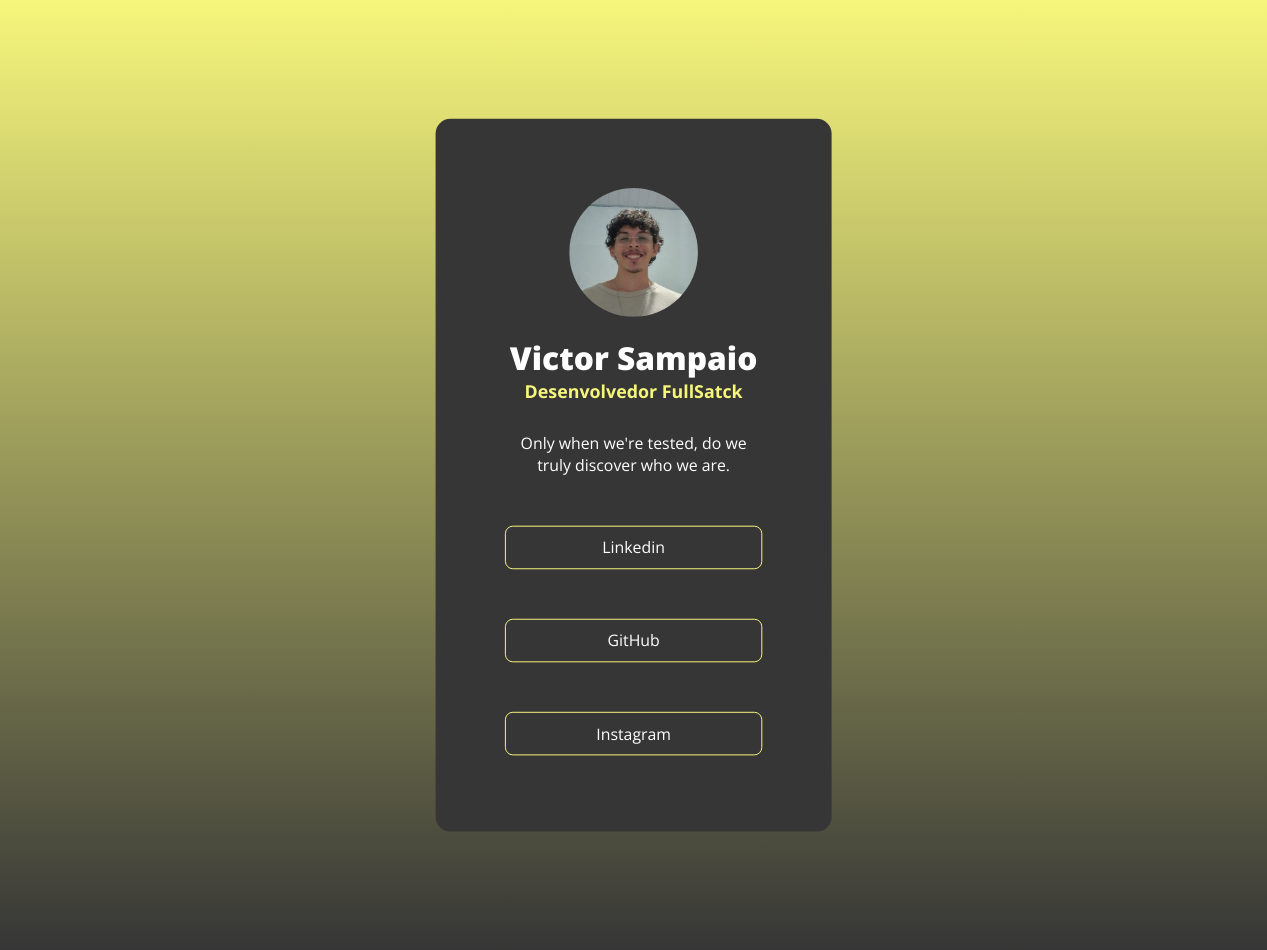
Repository: VictorSampaioDev/linkthree-gt9
Page: index.html
These files come from the project's save history. The page is drawn as it stood at one moment and after the next save; the edit follows.
The browser window is 1280 px wide. The pictures show the whole page, at 99% of full size.

Above is the page before, as saved 2025-04-11 09:00:44.

After the next save:
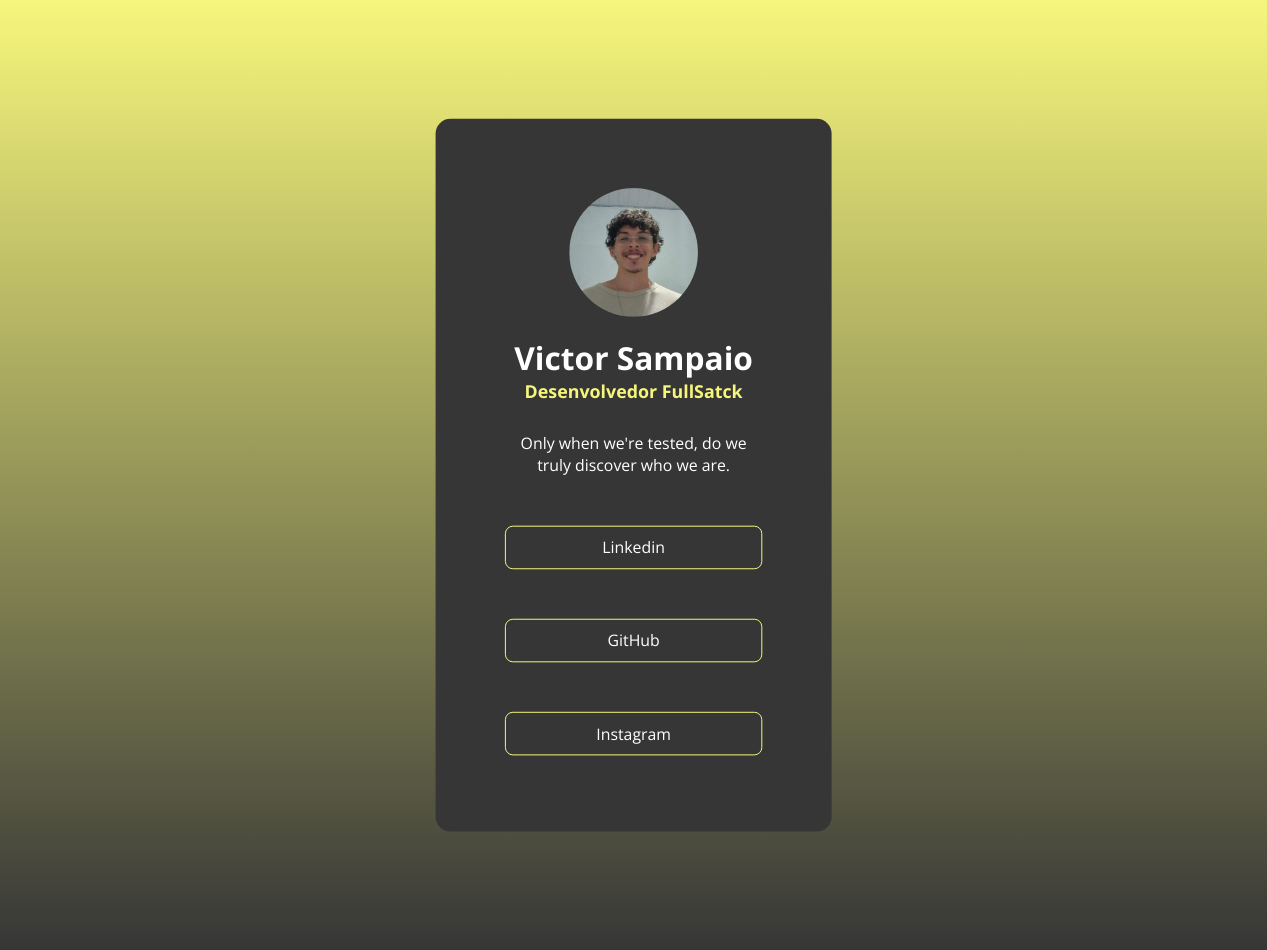
Saved 27 s later.
--- a/style.css
+++ b/style.css
@@ -33,7 +33,7 @@
     margin-bottom: 10px;
 }
 .container-infos h1{
-    font-weight: 900;
+    font-weight: 00;
     color: white;
 }
 .container-infos h2{
